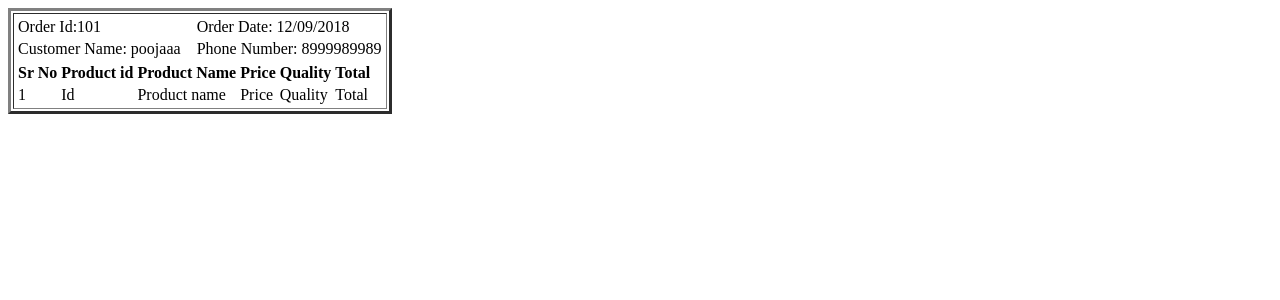
Repository: poojagupta18/Practice-Java
Page: http://localhost/OnlineShopping/getAllOrderByUserName.jsp
An editor plug-in stored every save of this project. The page is shown before and after the next save, followed by the edit.
The browser window is 1280 px wide. The pictures show the whole page.
The page is served by Tomcat 9. Other server files are loaded and not shown.

Above is the page before, as saved 2019-11-28 16:07:49.

### java Training/java/OnlineShopping/OnlineShopping/WebContent/getAllOrderByUserName.jsp
<%@ page language="java" contentType="text/html; charset=ISO-8859-1"
	pageEncoding="ISO-8859-1"%>
<%@ taglib prefix="c" uri="http://java.sun.com/jsp/jstl/core"%>
<%@ taglib prefix="fmt" uri="http://java.sun.com/jsp/jstl/fmt"%>

<!DOCTYPE html>
<html>
<head>
<meta charset="ISO-8859-1">
<title>Insert title here</title>
</head>
<body>
	<table border=3>
		<tr>
			<td>
				<table border=0>
					<tr>
						<td>Order Id:101</td>
						<td></td>
						<td></td>
						<td></td>
						<td>Order Date: 12/09/2018</td>
					</tr>
					<tr>
						<td>Customer Name: poojaaa</td>
						<td></td>
						<td></td>
						<td></td>
						<td>Phone Number: 8999989989</td>
					</tr>
				</table>

				<table>
					<tr>
						<th>Sr No</th>
						<th>Product id</th>
						<th>Product Name</th>
						<th>Price</th>
						<th>Quality</th>
						<th>Total</th>
					</tr>
					<tr>
						<td>1</td>
						<td>Id</td>
						<td>Product name</td>
						<td>Price</td>
						<td>Quality</td>
						<td>Total</td>
					</tr>
				</table>
		</tr>

	</table>
</body>
</html>

After the next save:
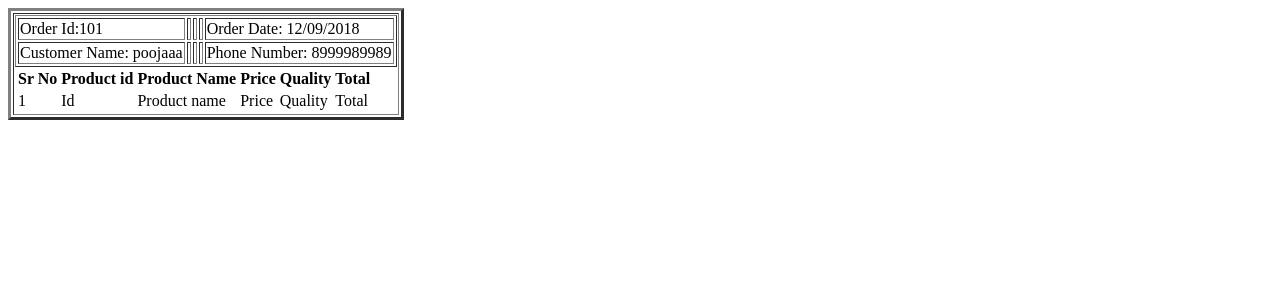
Saved 43 s later.
--- a/java Training/java/OnlineShopping/OnlineShopping/WebContent/getAllOrderByUserName.jsp
+++ b/java Training/java/OnlineShopping/OnlineShopping/WebContent/getAllOrderByUserName.jsp
@@ -13,7 +13,7 @@
 	<table border=3>
 		<tr>
 			<td>
-				<table border=0>
+				<table border=1>
 					<tr>
 						<td>Order Id:101</td>
 						<td></td>

After the save that followed:
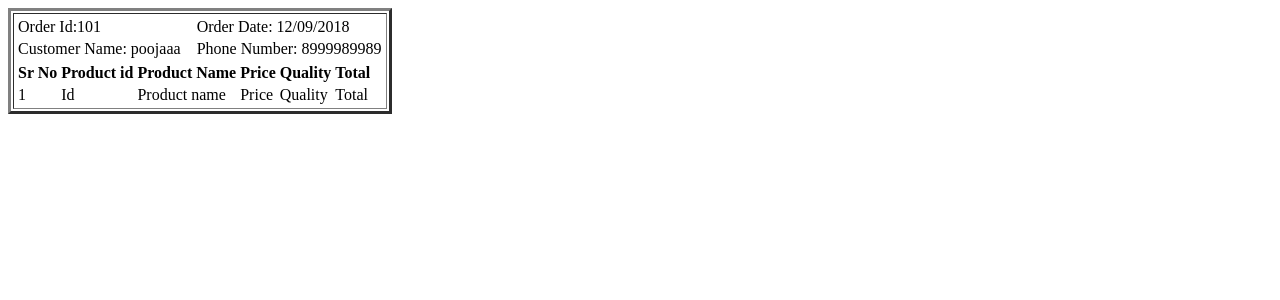
Saved 14 s later.
--- a/java Training/java/OnlineShopping/OnlineShopping/WebContent/getAllOrderByUserName.jsp
+++ b/java Training/java/OnlineShopping/OnlineShopping/WebContent/getAllOrderByUserName.jsp
@@ -13,7 +13,7 @@
 	<table border=3>
 		<tr>
 			<td>
-				<table border=1>
+				<table border=0>
 					<tr>
 						<td>Order Id:101</td>
 						<td></td>
